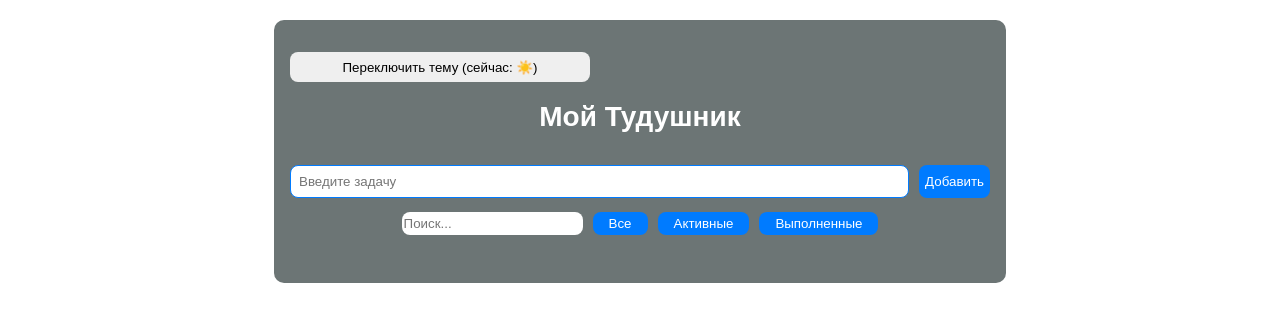
Repository: AlekCawka/-todo-project
Page: /
The author's editor kept a copy of each file at every save. The page is drawn from the files as they stood at one save, then again after the next save.
The browser window is 1280 px wide. The pictures show the whole page.
The project was rebuilt for these pictures with package versions that can differ from the ones it lists, and the page was loaded fresh each time. Also part of the build but not shown: vite.config.js.

Above is the page before, as saved 2025-08-12 17:23:41.

After the next save:
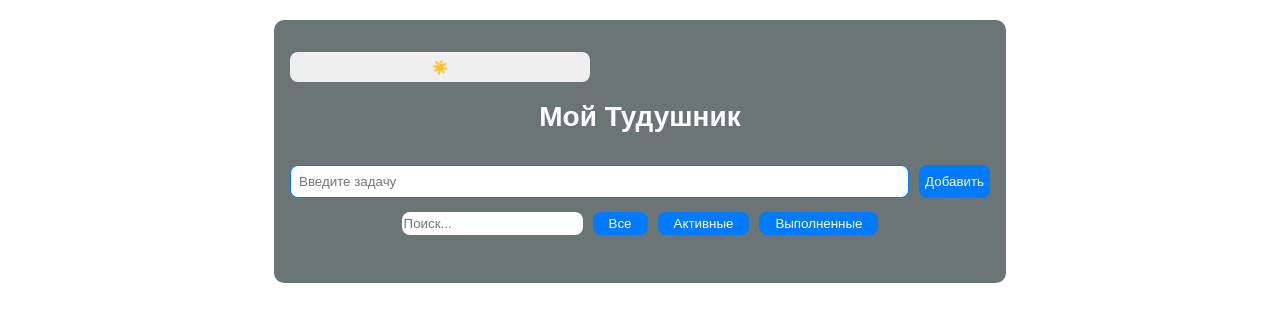
Saved 9 s later.
--- a/src/App.jsx
+++ b/src/App.jsx
@@ -49,7 +49,7 @@ const App = () => {
     <div className="container">
       <div>
         <button onClick={toggleTheme} className='toggleTheme'>
-          Переключить тему (сейчас: {theme})
+          {theme}
         </button>
       </div>
       <h1 className="title">Мой Тудушник</h1>
